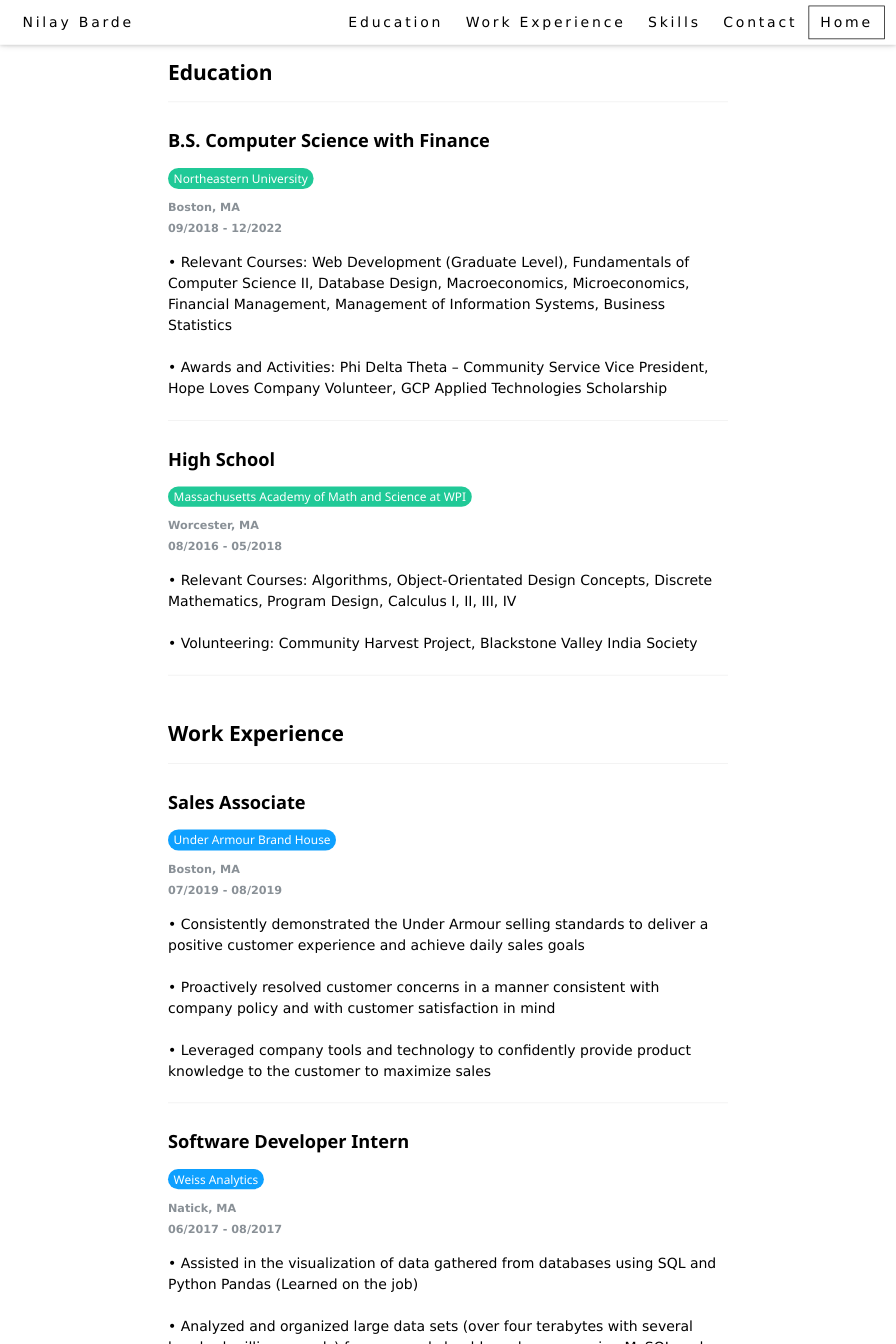
Repository: NilayBarde/Personal-Website
Page: cv.html
The author's editor kept a copy of each file at every save. The page is drawn from the files as they stood at one save, then again after the next save.
The browser window is 1280 px wide. The pictures show the part of the page from y = 0 to 1920 px (the page is 2844 px tall before and 2814 px after), at 70% of full size.
Some web libraries are served in a nearby version.

Above is the page before, as saved 2019-10-07 15:01:25.

### cv.html
<!DOCTYPE html>
<html>

<head>
    <meta charset="utf-8">
    <meta name="viewport" content="width=device-width, initial-scale=1">
    <title>Nilay Barde | Software Developer</title>
    <link rel="stylesheet" href="assets/css/style.css">
    <script src="https://kit.fontawesome.com/a695053543.js"></script>
    <link rel="stylesheet" href="assets/css/style2.css">
</head>

<body>
    <!-- Top Navigation Menu -->
    <div class="hide-medium hide-large">
        <div class="topnav" id="topnav">
            <a href="index2.html" class="active">Nilay Barde</a>
            <div id="myLinks">
                <a href="#education">Education</a>
                <a href="#work-experience">Work Experience</a>
                <a href="#skills">Skills</a>
                <a href="mailto: nilaybarde@gmail.com">Contact</a>
                <a href="index2.html">Home</a>
            </div>
            <a href="javascript:void(0);" class="icon" onclick="myFunction()">
                <i class="fa fa-bars"></i>
            </a>
        </div>
    </div>



    <!-- Navbar -->
    <div class="navbar">
        <div class="bar white wide padding card hide-small">
            <a href="index2.html" class="nav-bar-item nav-bar-button">Nilay Barde</a>
            <div class="nav-bar-right hide-small">
                <a href="#education" class="nav-bar-item nav-bar-button">Education</a>
                <a href="#work-experience" class="nav-bar-item nav-bar-button">Work Experience</a>
                <a href="#skills" class="nav-bar-item nav-bar-button">Skills</a>
                <a href="mailto: nilaybarde@gmail.com" class="nav-bar-item nav-bar-button">Contact</a>
                <a href="index2.html" id="resume" class="nav-bar-item nav-bar-button">Home</a>
            </div>
        </div>
    </div>

    <section class="cv-block info">
        <div class="container">
            <div class="education group" id="education">
                <h2 class="text-center">Education</h2>
                <div class="item">
                    <div class="row">
                        <div class="col-md-6">
                            <h3>B.S. Computer Science with Finance</h3>
                            <h4 class="organization">Northeastern University</h4>
                        </div>
                        <div class="col-md-6">
                            <time class="period">Boston, MA<br>09/2018 - 12/2022</time>
                        </div>
                    </div>
                    <p class="text-muted">• Relevant Courses: Web Development (Graduate Level), Fundamentals of Computer Science II, Database Design, Macroeconomics, Microeconomics, Financial Management, Management of Information Systems, Business Statistics
                        <br><br>• Awards and Activities: Phi Delta Theta – Community Service Vice President, Hope Loves Company Volunteer, GCP Applied Technologies Scholarship
                    </p>
                </div>
                <div class="item">
                    <div class="row">
                        <div class="col-md-6">
                            <h3>High School</h3>
                            <h4 class="organization">Massachusetts Academy of Math and Science at WPI</h4>
                        </div>
                        <div class="col-md-6">
                            <time class="period">Worcester, MA<br>08/2016 - 05/2018</time>
                        </div>
                    </div>
                    <p class="text-muted">• Relevant Courses: Algorithms, Object-Orientated Design Concepts, Discrete Mathematics, Program Design, Calculus I, II, III, IV
                        <br><br>• Volunteering: Community Harvest Project, Blackstone Valley India Society
                    </p>
                </div>
            </div>
            <div class="work-experience group" id="work-experience">
                <h2 class="text-center">Work Experience</h2>
                <div class="item">
                    <div class="row">
                        <div class="col-md-6">
                            <h3>Sales Associate</h3>
                            <h4 class="organization">Under Armour Brand House</h4>
                        </div>
                        <div class="col-md-6">
                            <time class="period">Boston, MA<br>07/2019 - 08/2019</time>
                        </div>
                    </div>
                    <p class="text-muted">• Consistently demonstrated the Under Armour selling standards to deliver a positive customer experience and achieve daily sales goals
                        <br><br>• Proactively resolved customer concerns in a manner consistent with company policy and with customer satisfaction in mind
                        <br><br>• Leveraged company tools and technology to confidently provide product knowledge to the customer to maximize sales
                    </p>
                </div>
                <div class="item">
                    <div class="row">
                        <div class="col-md-6">
                            <h3>Software Developer Intern</h3>
                            <h4 class="organization">Weiss Analytics</h4>
                        </div>
                        <div class="col-md-6">
                            <time class="period">Natick, MA<br>06/2017 - 08/2017</time>
                        </div>
                    </div>
                    <p class="text-muted">• Assisted in the visualization of data gathered from databases using SQL and Python Pandas (Learned on the job)
                        <br><br>• Analyzed and organized large data sets (over four terabytes with several hundred million records) from several cloud-based servers using MySQL and SQL Server
                        <br><br>• Created an automation program that was used to troubleshoot Weiss Analytics website, found over 250 zip code errors
                    </p>
                </div>
                <div class="group" id="skills">
                    <div class="row">
                        <div class="col-md-6">
                            <div class="skills info-card">
                                <h2>Skills</h2>
                                <h3>Proficient in: Java, SQL, HTML, CSS, Javascript</h3>
                                <h3>Familiar with: Elixir, Python, MATLAB, Lisp, Scheme: Racket</h3>
                                <h3>Frameworks/Technologies: Android Studio, MySQL, Visual Studio Code, Windows, Linux</h3>
                            </div>
                        </div>
                    </div>
                </div>
                <a href="Barde_Nilay_Resume.pdf" target=blank><button class="nav-bar-button black section"> Paper Copy <i
              class="far fa-file"></i>
          </button></a>


            </div>
    </section>
    <footer class="footer-distributed">

        <div class="footer-right">

            <a href="https://www.linkedin.com/in/nilaykbarde/" target=blank><i class="fab fa-linkedin"></i></a>
            <a href="https://github.com/NilayBarde" target=blank><i class="fab fa-github"></i></a>

        </div>

        <div class="footer-left">

            <p class="footer-links">
                <a href="index2.html" id=homefooter>Home</a> ·
                <a href="#education" id=educationfooter>Education</a> ·
                <a href="#work-experience" id=workexperiencefooter>Work Experience</a> ·
                <a href="#skills" id=skillsfooter>Skills</a> ·
                <a href="mailto: nilaybarde@gmail.com" id=contactfooter>Contact</a> ·
                <a href="cv.html" target=blank id=resumefooter>Resume</a>
            </p>

            <p>Nilay Barde &copy; 2019</p>
        </div>

    </footer>

    </main>
</body>
<script src="https://code.jquery.com/jquery-3.2.1.min.js"></script>
<script src="assets/js/script.js"></script>

</html>

### assets/css/style.css
@import url("https://fonts.googleapis.com/css?family=Lato:300,400");
body {
    font-family: 'Lato', sans-serif;
}

.cv-block {
    padding-bottom: 60px;
    padding-top: 60px;
}

.cv-block.info {
    padding-top: 70px;
}

.cv-block.info h2 {
    font-weight: bold;
    margin-bottom: 20px;
}

.cv-block.info h3 {
    font-size: 1.3rem;
}

.cv-block.info .group {
    max-width: 800px;
    margin: auto;
}

.cv-block.info .group:not(:first-child) {
    margin-top: 60px;
}

.cv-block.info .group .period {
    font-size: 0.8rem;
    float: none;
    font-weight: bold;
    margin-top: 4px;
    color: #6c757d;
    opacity: 0.8;
}

.cv-block.info .group .organization {
    font-size: 0.85em;
    background-color: #0ea0ff;
    display: inline-block;
    color: #fff;
    padding: 2px 8px;
    border-radius: 2em;
}

.cv-block.info .education.group .organization {
    background-color: #20c997;
}

.cv-block.info .group .item {
    padding-bottom: 10px;
    margin-bottom: 25px;
    border-bottom: 1px solid #eee;
}

.cv-block.info .group h2+.item {
    padding-top: 25px;
    border-top: 1px solid #eee;
}

.cv-block.info .group .item .row {
    margin-bottom: 5px;
}

.cv-block.info .work-experience h3,
.cv-block.info .education h3 {
    font-weight: bold;
}

.cv-block .info-card {
    padding: 40px;
    box-shadow: 0px 2px 10px rgba(0, 0, 0, 0.075);
    height: 100%;
}

.cv-block .info-card h2 {
    margin-top: 0;
    margin-bottom: 24px;
    font-size: 1.4rem;
}

.cv-block .info-card.skills h3 {
    margin-top: 25px;
    font-size: 1rem;
    font-weight: bold;
}

.cv-block .info-card.skills .progress {
    height: 3px;
}

.cv-block .info-card.contact-info .icon {
    font-size: 1.3em;
    color: #c9c9c9;
    position: relative;
    bottom: 4px;
}

.cv-block.info .hobbies p {
    max-width: 700px;
    margin: auto;
    font-size: 1.2em;
}

.page-footer {
    padding-top: 32px;
    border-top: 1px solid #ddd;
    text-align: center;
    padding-bottom: 20px;
}

.page-footer a {
    display: inline-block;
    margin: 0px 10px;
    color: #282b2d;
    font-size: 18px;
}

.page-footer .links {
    display: inline-block;
}

#educationfooter:hover,
#workexperiencefooter:hover,
#skillsfooter:hover {
    color: #E31B6D;
}

.page-footer .social-icons {
    margin-top: 20px;
    margin-bottom: 16px;
}

.page-footer .social-icons a {
    font-size: 18px;
    margin: 0 3px;
    color: #ffffff;
    border: 1px solid;
    opacity: 0.75;
    border-radius: 50%;
    width: 36px;
    display: inline-block;
    height: 36px;
    text-align: center;
    background-color: #c5c9d2;
    line-height: 34px;
}

.page-footer .social-icons a:hover {
    opacity: 1;
}

Loaded but not shown: assets/js/script.js (48 lines, source omitted); assets/css/style2.css (2100 lines, source omitted)

After the next save:
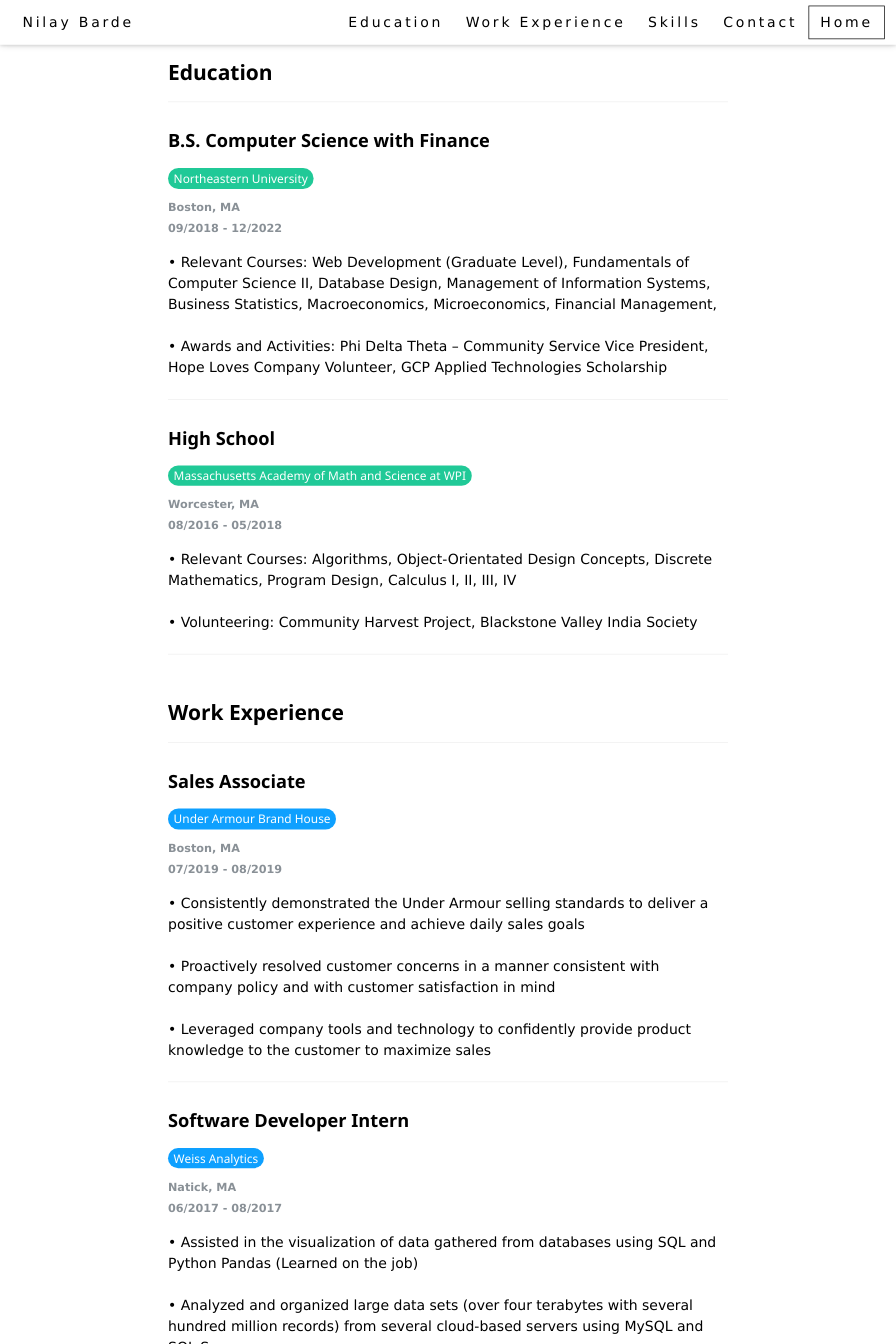
Saved 43 s later.
--- a/cv.html
+++ b/cv.html
@@ -58,7 +58,7 @@
                             <time class="period">Boston, MA<br>09/2018 - 12/2022</time>
                         </div>
                     </div>
-                    <p class="text-muted">• Relevant Courses: Web Development (Graduate Level), Fundamentals of Computer Science II, Database Design, Macroeconomics, Microeconomics, Financial Management, Management of Information Systems, Business Statistics
+                    <p class="text-muted">• Relevant Courses: Web Development (Graduate Level), Fundamentals of Computer Science II, Database Design, Management of Information Systems, Business Statistics, Macroeconomics, Microeconomics, Financial Management,
                         <br><br>• Awards and Activities: Phi Delta Theta – Community Service Vice President, Hope Loves Company Volunteer, GCP Applied Technologies Scholarship
                     </p>
                 </div>
